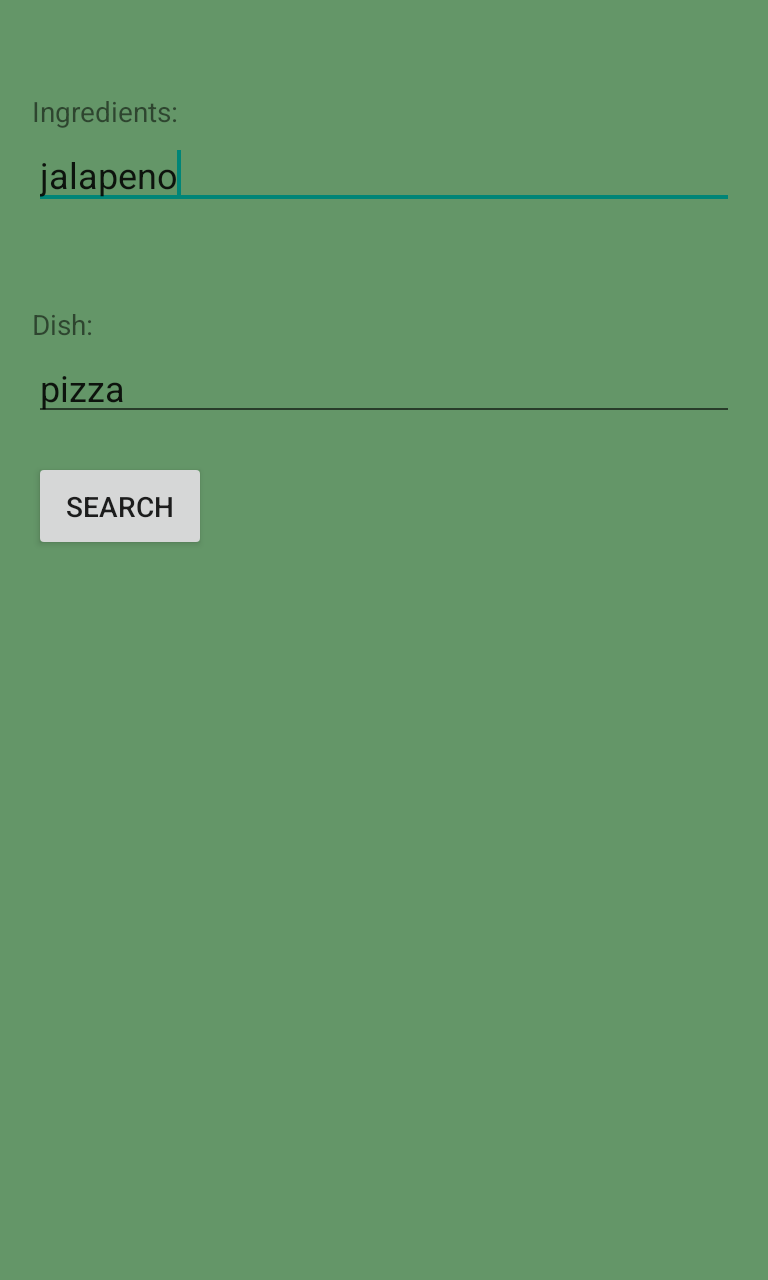
Repository: jerin-m-jose/Recipe-Puppy-Android
Layout: RecipePuppy/MagicRecipe/res/layout/fragment_search.xml
An editor plug-in stored every save of this project. The layout is shown before and after the next save, followed by the edit.
It is drawn on a 768 x 1280 px phone screen (xhdpi) without system bars, with theme AppTheme; the app's code is not run.

Above is the layout before, as saved 2014-10-03 14:57:01.

### RecipePuppy/MagicRecipe/res/layout/fragment_search.xml
<LinearLayout xmlns:android="http://schemas.android.com/apk/res/android"
    xmlns:tools="http://schemas.android.com/tools"
    android:layout_width="match_parent"
    android:layout_height="match_parent"
    android:background="@color/recipe_green"
    android:orientation="vertical"
    android:paddingBottom="@dimen/activity_vertical_margin"
    android:paddingLeft="@dimen/activity_horizontal_margin"
    android:paddingRight="@dimen/activity_horizontal_margin"
    android:paddingTop="@dimen/activity_vertical_margin"
    tools:context="com.jerin.magicrecipe.MainActivity$PlaceholderFragment" >

    <TextView
        android:id="@+id/ingredientsTextView"
        android:layout_width="wrap_content"
        android:layout_height="wrap_content"
        android:layout_marginTop="30dp"
        android:text="@string/search_ingredients" />

    <EditText
        android:id="@+id/ingredientsEditText"
        android:layout_width="match_parent"
        android:layout_height="wrap_content"
        android:ems="10"
        android:inputType="text"
        android:text="@string/ingredients_search_hint" >

        <requestFocus />
    </EditText>

    <TextView
        android:id="@+id/dishTextView"
        android:layout_width="wrap_content"
        android:layout_height="wrap_content"
        android:layout_marginTop="46dp"
        android:text="@string/search_dish" />

    <EditText
        android:id="@+id/dishEditText"
        android:layout_width="match_parent"
        android:layout_height="wrap_content"
        android:ems="10"
        android:inputType="text"
        android:text="@string/dish_search_hint" >
    </EditText>

    <Button
        android:id="@+id/searchButton"
        android:layout_width="wrap_content"
        android:layout_height="wrap_content"
        android:layout_marginTop="16dp"
        android:text="@string/search" >
    </Button>

</LinearLayout>

### RecipePuppy/MagicRecipe/res/values/colors.xml
<?xml version="1.0" encoding="utf-8"?>
<resources>
    <color name="recipe_green">#649668</color>

</resources>

### RecipePuppy/MagicRecipe/res/values/strings.xml
<?xml version="1.0" encoding="utf-8"?>
<resources>

    <string name="app_name">Magic Recipe</string>
    <string name="title_section1">Today\'s Special</string>
    <string name="title_section2">Search Recipes</string>
    <string name="title_section3">Search Results</string>
    <string name="navigation_drawer_open">Open navigation drawer</string>
    <string name="navigation_drawer_close">Close navigation drawer</string>
    <string name="action_search_hint">Ingredients</string>
    <string name="action_search">Search</string>
    <string name="action_settings">Settings</string>
    <string name="recipe_image">Recipe Image</string>
    <string name="ingredients">Ingredients:</string>
    <string name="ingredients_search_hint">jalapeno</string>
    <string name="dish_search_hint">pizza</string>
    <string name="search_ingredients">Ingredients:</string>
    <string name="search_dish">Dish:</string>
    <string name="search">Search</string>

</resources>

Loaded but not shown: RecipePuppy/MagicRecipe/res/values/styles.xml (common file); RecipePuppy/MagicRecipe/res/values-v11/styles.xml (common file); RecipePuppy/MagicRecipe/res/values-v14/styles.xml (common file); RecipePuppy/MagicRecipe/res/values/dimens.xml (common file); RecipePuppy/MagicRecipe/res/values-w820dp/dimens.xml (common file)

After the next save:
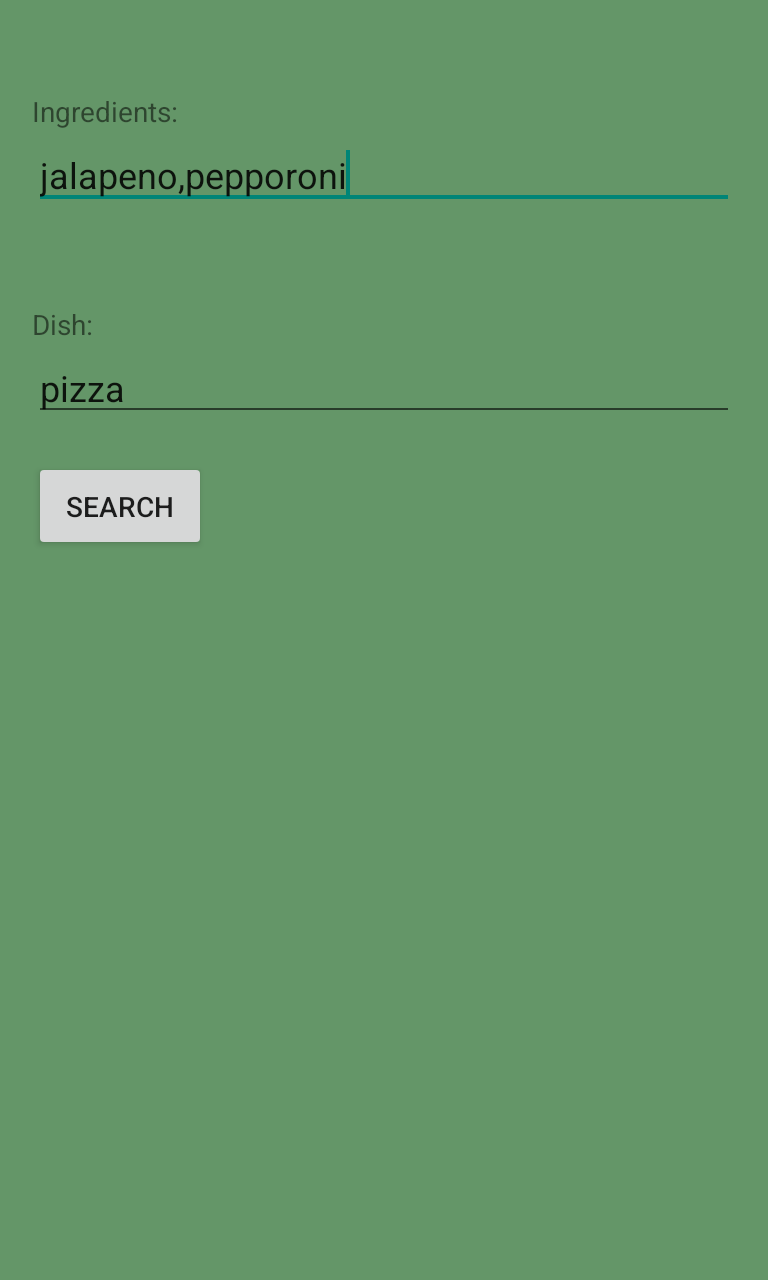
Saved 64 s later.
--- a/RecipePuppy/MagicRecipe/res/values/strings.xml
+++ b/RecipePuppy/MagicRecipe/res/values/strings.xml
@@ -12,7 +12,7 @@
     <string name="action_settings">Settings</string>
     <string name="recipe_image">Recipe Image</string>
     <string name="ingredients">Ingredients:</string>
-    <string name="ingredients_search_hint">jalapeno</string>
+    <string name="ingredients_search_hint">jalapeno,pepporoni</string>
     <string name="dish_search_hint">pizza</string>
     <string name="search_ingredients">Ingredients:</string>
     <string name="search_dish">Dish:</string>
